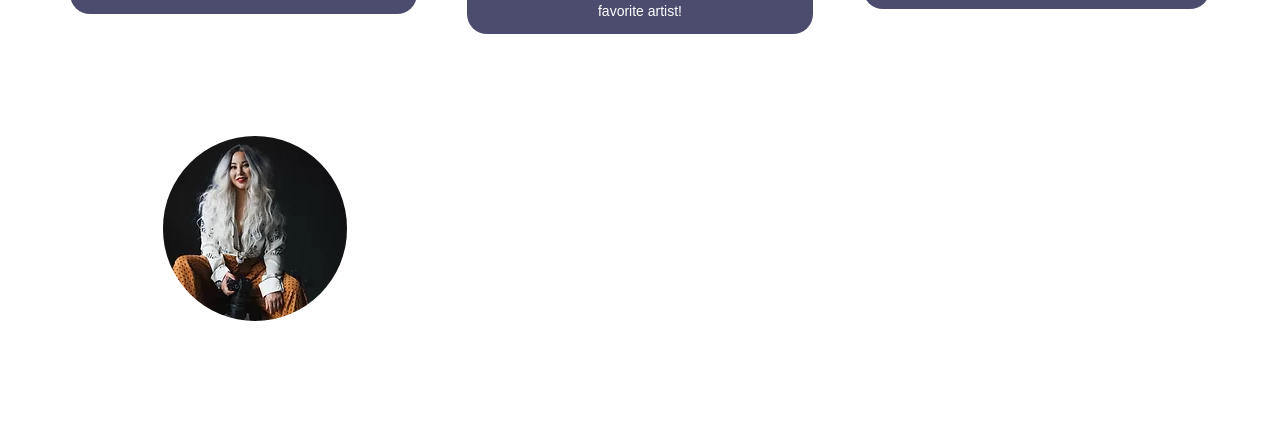
Repository: akinolapo/artverse
Page: /
The author's editor kept a copy of each file at every save. The page is drawn from the files as they stood at one save, then again after the next save.
The browser window is 1280 px wide. The pictures show the part of the page from y = 1280 to 2232 px (the page is 1711 px tall before and 2232 px after).
The project was rebuilt for these pictures with package versions that can differ from the ones it lists, and the page was loaded fresh each time.

Above is the page before, as saved 2022-07-25 14:25:07.

After the next save:
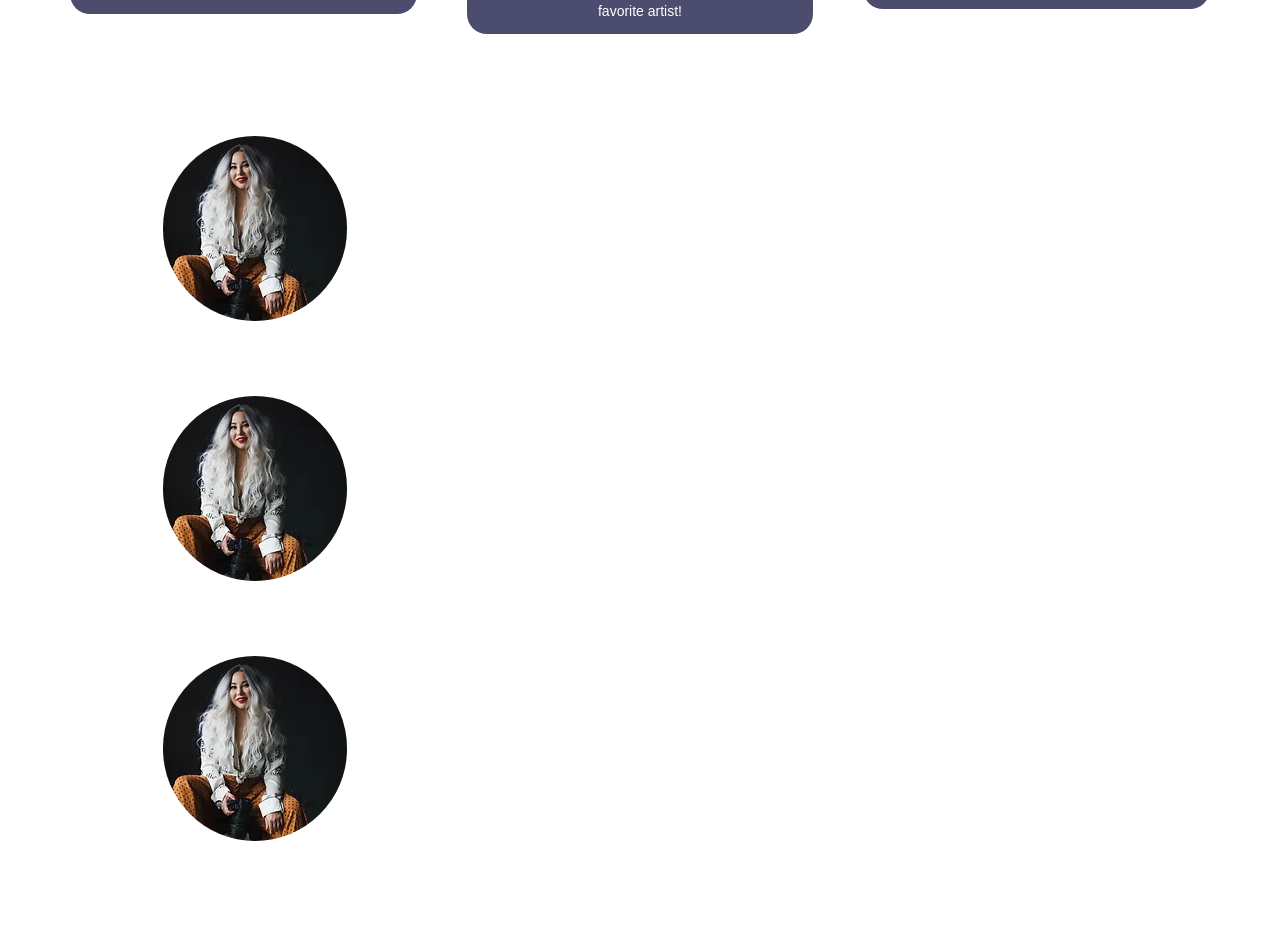
Saved 5 s later.
--- a/src/components/Team/Team.jsx
+++ b/src/components/Team/Team.jsx
@@ -7,6 +7,24 @@
             <h2 className=' text-center text-3xl font-bold'>The Team</h2>
             <div className='grid grid-cols-1 gap-4 md:grid-cols-3'>
                 <div>
+                    <div className='text-center'>
+                        <img className='rounded-full m-auto' src={process.env.PUBLIC_URL+`assets/founder.webp`} alt='Founder'></img>
+                        <h5>Rachel Wood</h5>
+                        <h6>Founder</h6>
+                        <div className='flex justify-center'>
+                            <a href='https://twitter.com/0xWanderbitch' className='mr-2' target='_blank' rel="noreferrer"><AiOutlineTwitter className='social-icon'/></a>
+                            <a href='https://www.instagram.com/thetravelingelf/' target='_blank' rel="noreferrer"><AiOutlineInstagram className='social-icon'/></a>
+                        </div>
+                    </div>
+                    <div className='text-center'>
+                        <img className='rounded-full m-auto' src={process.env.PUBLIC_URL+`assets/founder.webp`} alt='Founder'></img>
+                        <h5>Rachel Wood</h5>
+                        <h6>Founder</h6>
+                        <div className='flex justify-center'>
+                            <a href='https://twitter.com/0xWanderbitch' className='mr-2' target='_blank' rel="noreferrer"><AiOutlineTwitter className='social-icon'/></a>
+                            <a href='https://www.instagram.com/thetravelingelf/' target='_blank' rel="noreferrer"><AiOutlineInstagram className='social-icon'/></a>
+                        </div>
+                    </div>
                     <div className='text-center'>
                         <img className='rounded-full m-auto' src={process.env.PUBLIC_URL+`assets/founder.webp`} alt='Founder'></img>
                         <h5>Rachel Wood</h5>

After the 2 saves that followed:
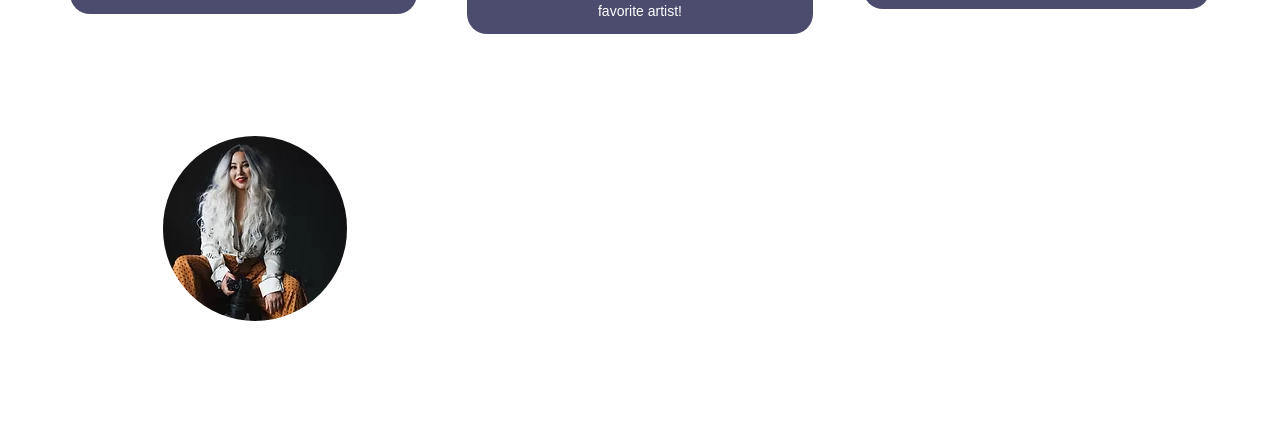
The 2 saves are shown as one change because they came seconds apart.
The last was saved 44 s later.
--- a/src/components/Team/Team.jsx
+++ b/src/components/Team/Team.jsx
@@ -16,25 +16,8 @@
                             <a href='https://www.instagram.com/thetravelingelf/' target='_blank' rel="noreferrer"><AiOutlineInstagram className='social-icon'/></a>
                         </div>
                     </div>
-                    <div className='text-center'>
-                        <img className='rounded-full m-auto' src={process.env.PUBLIC_URL+`assets/founder.webp`} alt='Founder'></img>
-                        <h5>Rachel Wood</h5>
-                        <h6>Founder</h6>
-                        <div className='flex justify-center'>
-                            <a href='https://twitter.com/0xWanderbitch' className='mr-2' target='_blank' rel="noreferrer"><AiOutlineTwitter className='social-icon'/></a>
-                            <a href='https://www.instagram.com/thetravelingelf/' target='_blank' rel="noreferrer"><AiOutlineInstagram className='social-icon'/></a>
-                        </div>
-                    </div>
-                    <div className='text-center'>
-                        <img className='rounded-full m-auto' src={process.env.PUBLIC_URL+`assets/founder.webp`} alt='Founder'></img>
-                        <h5>Rachel Wood</h5>
-                        <h6>Founder</h6>
-                        <div className='flex justify-center'>
-                            <a href='https://twitter.com/0xWanderbitch' className='mr-2' target='_blank' rel="noreferrer"><AiOutlineTwitter className='social-icon'/></a>
-                            <a href='https://www.instagram.com/thetravelingelf/' target='_blank' rel="noreferrer"><AiOutlineInstagram className='social-icon'/></a>
-                        </div>
-                    </div>
-
+                    <div></div>
+                    <div></div>
                 </div>
                 <div className='md:col-span-2'>
                     <h4>From the Founder</h4>
